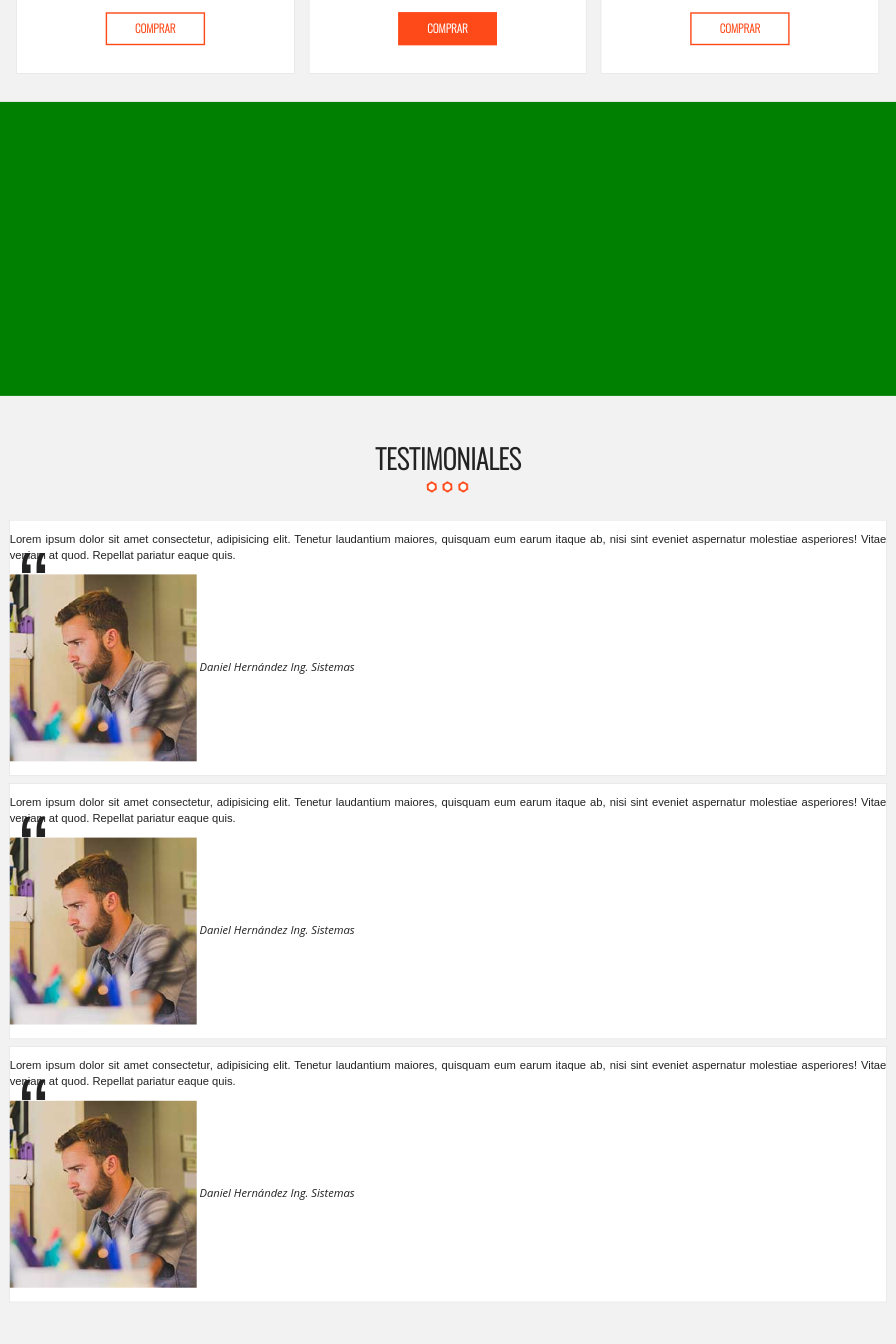
Repository: edgarhdzp/pagina-conferencias-reservaciones
Page: index.html
The author's editor kept a copy of each file at every save. The page is drawn from the files as they stood at one save, then again after the next save.
The browser window is 1280 px wide. The pictures show the part of the page from y = 3892 to 5812 px (the page is 5812 px tall), at 70% of full size.

Above is the page before, as saved 2020-07-01 19:10:51.

After the next save:
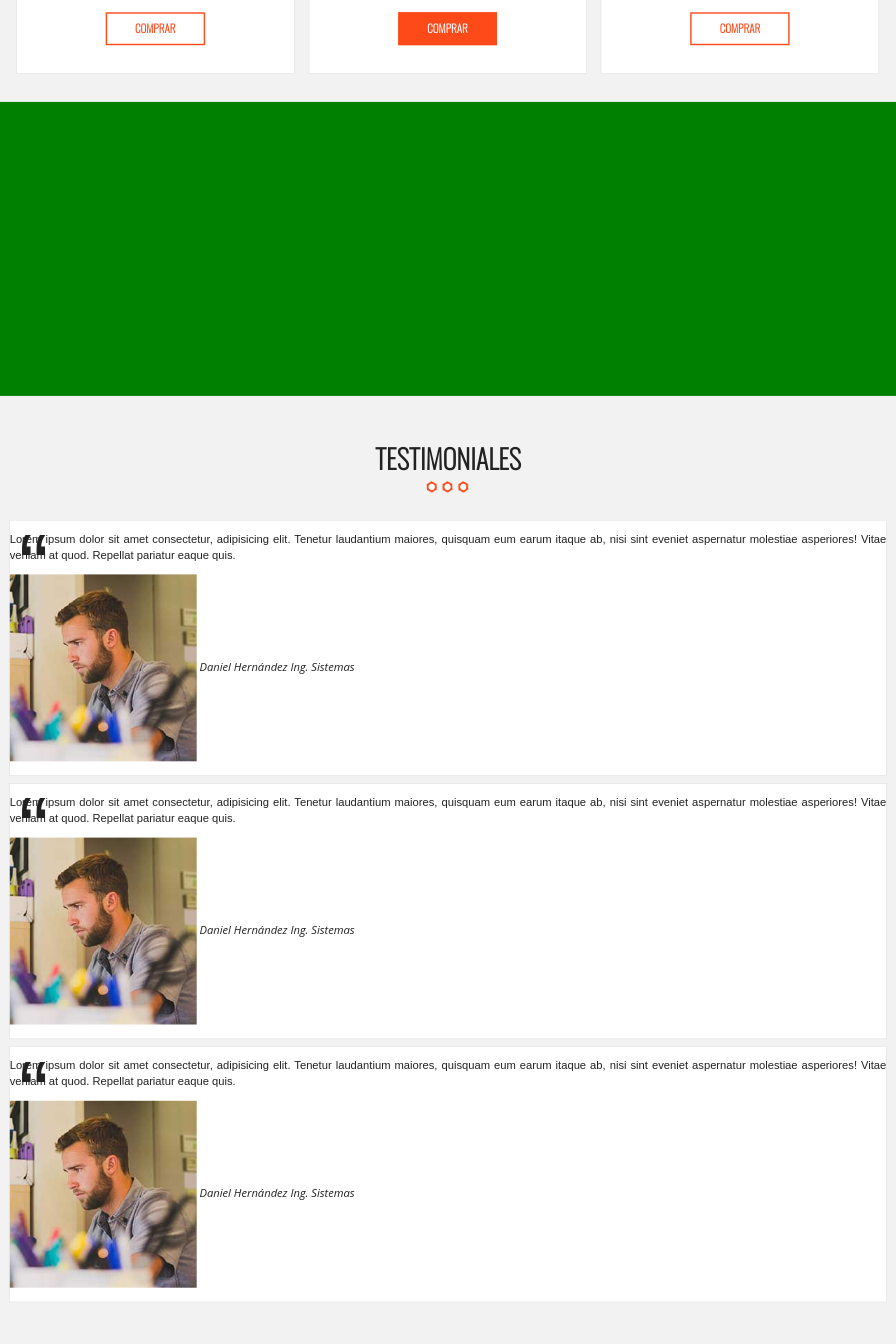
Saved 4 s later.
--- a/css/main.css
+++ b/css/main.css
@@ -679,7 +679,7 @@ blockquote p::before {
     font-size: 8rem;
     margin: 0;
     padding: 0;
-    line-height: ;
+    line-height: 1;
 }
 
 
